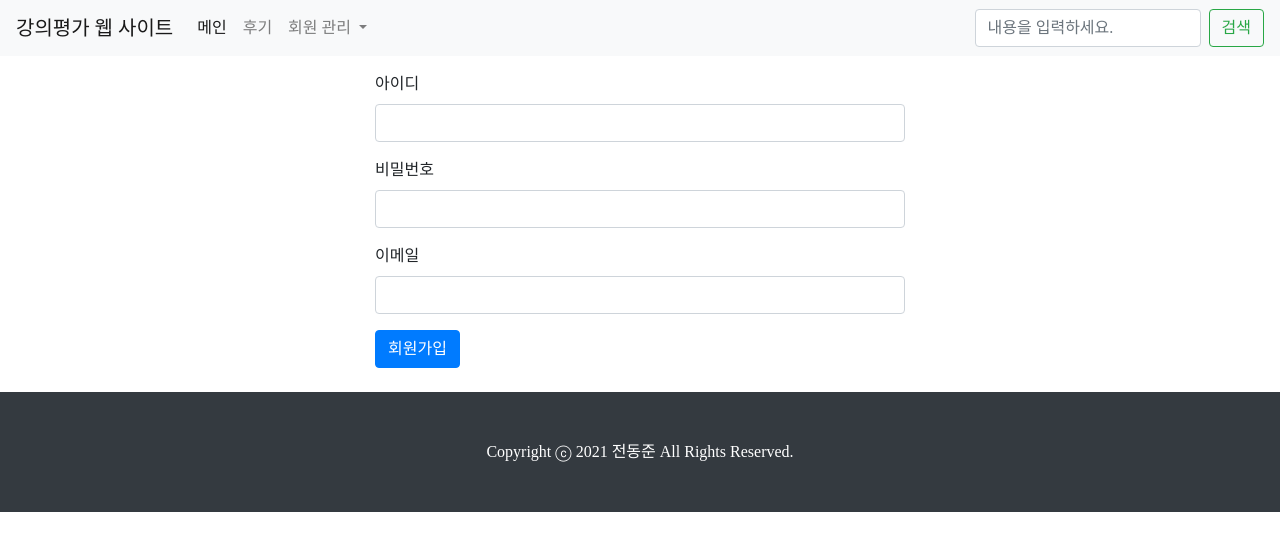
Repository: JeonDongJoon/Inha2-2
Page: http://localhost/Expert/userRegister.jsp
These files come from the project's save history. The page is drawn as it stood at one moment and after the next save; the edit follows.
The browser window is 1280 px wide. The pictures show the whole page.
Some web fonts or font styles are not loaded; a fallback is used. The page is served by Tomcat 9. Other server files are loaded and not shown.

Above is the page before, as saved 2021-12-02 11:07:54.

### Expert/WebContent/userRegister.jsp
<%@ page language="java" contentType="text/html; charset=UTF-8" pageEncoding="UTF-8"%>

<%@ page import="java.io.PrintWriter"%>

<!doctype html>

<html>

  <head>

    <title>강의평가 웹 사이트</title>

    <meta charset="utf-8">

    <meta name="viewport" content="width=device-width, initial-scale=1, shrink-to-fit=no">

    <!-- 부트스트랩 CSS 추가하기 -->

    <link rel="stylesheet" href="./css/bootstrap.min.css">

    <!-- 커스텀 CSS 추가하기 -->

    <link rel="stylesheet" href="./css/custom.css">

  </head>

  <body>

<%

	String userID = null;

	if(session.getAttribute("userID") != null) {

		userID = (String) session.getAttribute("userID");

	}

	if(userID != null) {

		PrintWriter script = response.getWriter();

		script.println("<script>");

		script.println("alert('로그인이 된 상태입니다.');");

		script.println("location.href = 'index.jsp'");

		script.println("</script>");

		script.close();

	}

%>

    <nav class="navbar navbar-expand-lg navbar-light bg-light">

      <a class="navbar-brand" href="index.jsp">강의평가 웹 사이트</a>

      <button class="navbar-toggler" type="button" data-toggle="collapse" data-target="#navbar">

        <span class="navbar-toggler-icon"></span>

      </button>

      <div class="collapse navbar-collapse" id="navbar">

        <ul class="navbar-nav mr-auto">

          <li class="nav-item active">

            <a class="nav-link" href="index.jsp">메인</a>

          </li>
           <li class="nav-item">

            <a class="nav-link" href="review.jsp">후기</a>
          </li>

          <li class="nav-item dropdown">

            <a class="nav-link dropdown-toggle" id="dropdown" data-toggle="dropdown">

              회원 관리

            </a>

            <div class="dropdown-menu" aria-labelledby="dropdown">

<%

	if(userID == null) {

%>

              <a class="dropdown-item" href="userLogin.jsp">로그인</a>

              <a class="dropdown-item" href="userRegister.jsp">회원가입</a>

<%

	} else {

%>

              <a class="dropdown-item" href="userLogout.jsp">로그아웃</a>

<%

	}

%>

            </div>

          </li>

        </ul>

        <form action="./index.jsp" method="get" class="form-inline my-2 my-lg-0">

          <input type="text" name="search" class="form-control mr-sm-2" placeholder="내용을 입력하세요.">

          <button class="btn btn-outline-success my-2 my-sm-0" type="submit">검색</button>

        </form>

      </div>

    </nav>

    <div class="container mt-3" style="max-width: 560px;">

      <form method="post" action="./userRegisterAction.jsp">

        <div class="form-group">

          <label>아이디</label>

          <input type="text" name="userID" class="form-control">

        </div>

        <div class="form-group">

          <label>비밀번호</label>

          <input type="password" name="userPassword" class="form-control">

        </div>

        <div class="form-group">

          <label>이메일</label>

          <input type="email" name="userEmail" class="form-control">

        </div>

        <button type="submit" class="btn btn-primary">회원가입</button>

      </form>

    </div>

    <footer class="bg-dark mt-4 p-5 text-center" style="color: #FFFFFF;">

      Copyright ⓒ 2021 전동준 All Rights Reserved.

    </footer>

    <!-- 제이쿼리 자바스크립트 추가하기 -->

    <script src="./js/jquery.min.js"></script>

    <!-- Popper 자바스크립트 추가하기 -->

    <script src="./js/popper.min.js"></script>

    <!-- 부트스트랩 자바스크립트 추가하기 -->

    <script src="./js/bootstrap.min.js"></script>

  </body>

</html>

### Expert/WebContent/css/custom.css
@import url(https://fonts.googleapis.com/earlyaccess/jejugothic.css);
@import url(https://fonts.googleapis.com/earlyaccess/hanna.css);
.navar-brand, h1, h2, h3, h4{
	font-family: 'jeju Gothic';
}

h5 {

	font-family: 'jeju Gothic';
	font-size: 18px;

}
body {

	font-family: 'hanna';

}

Loaded but not shown: Expert/WebContent/css/bootstrap.min.css (library); Expert/WebContent/js/jquery.min.js (library); Expert/WebContent/js/bootstrap.min.js (library)

After the next save:
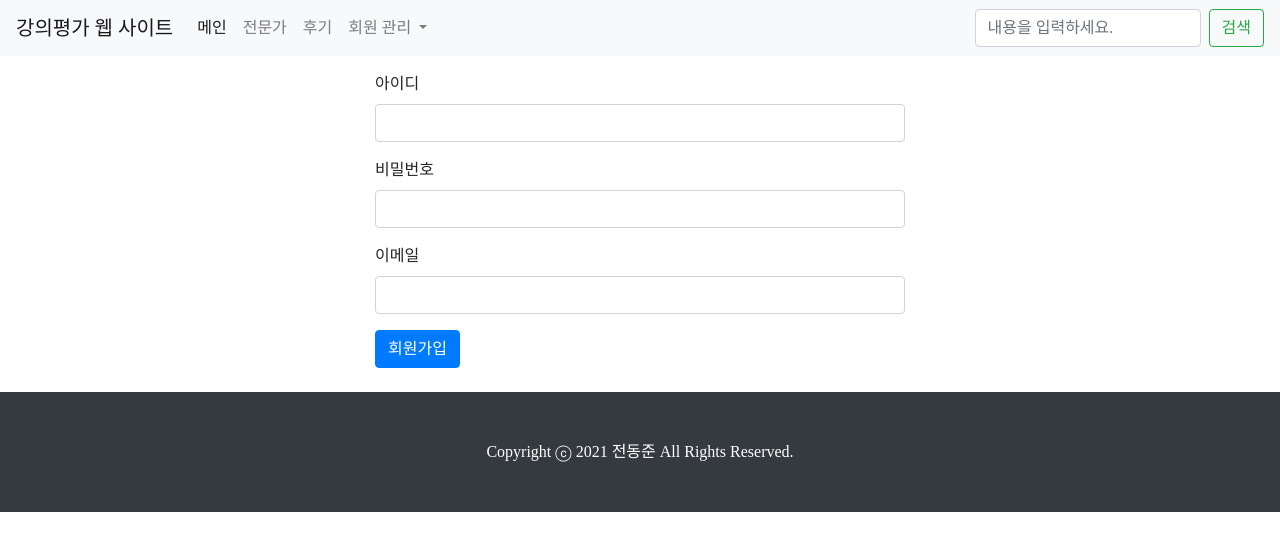
Saved 16 s later.
--- a/Expert/WebContent/userRegister.jsp
+++ b/Expert/WebContent/userRegister.jsp
@@ -72,6 +72,9 @@
 
             <a class="nav-link" href="index.jsp">메인</a>
 
+          </li>
+          <li class="nav-item">
+            <a class="nav-link" href="profile.jsp">전문가</a>
           </li>
            <li class="nav-item">
 
